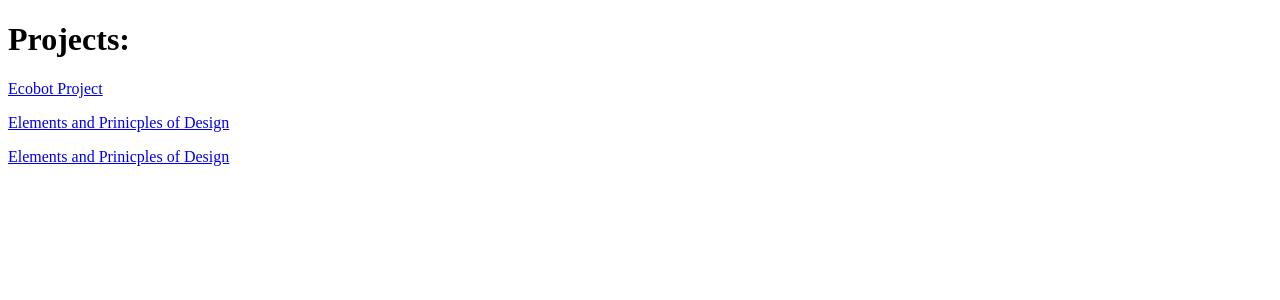
Repository: Isaakwashere/isaakwashere.github.io
Page: Engineering.html
The author's editor kept a record of every edit. The page is drawn from the files as they stood at one moment, then again after the next edit.
The browser window is 1280 px wide. The pictures show the whole page.

Above is the page before.

After the next edit:
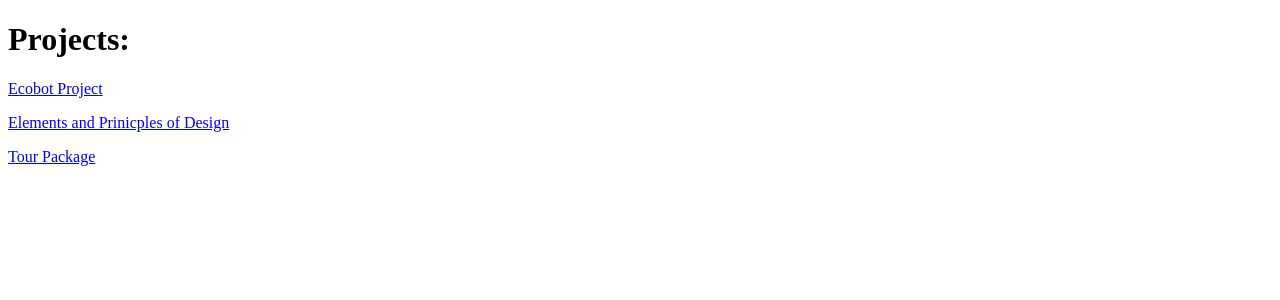
The edit:
--- a/Engineering.html
+++ b/Engineering.html
@@ -13,7 +13,7 @@
 <h1 style="color:black;">Projects:</h1>
 <p><a href="https://docs.google.com/presentation/d/1irt5dnKneLoVGd2yoK8-gBGLSylWtcAEDHAbf8LmWoI/edit?usp=sharing">Ecobot Project</p>
 <p><a href="https://docs.google.com/presentation/d/1wepdQ0bacTV4cJ4aJ8e1kTLoSTlpQWKPpgdMPeGiRps/edit?usp=sharing">Elements and Prinicples of Design</p>
-<p><a href="https://docs.google.com/presentation/d/1hZJwYE7jcSohbu5sDGKSBtSTNjA1F23f-AlgqCniRi4/edit?usp=sharing">Elements and Prinicples of Design</p>
+<p><a href="https://docs.google.com/presentation/d/1hZJwYE7jcSohbu5sDGKSBtSTNjA1F23f-AlgqCniRi4/edit?usp=sharing">Tour Package </p>
 
 
 
